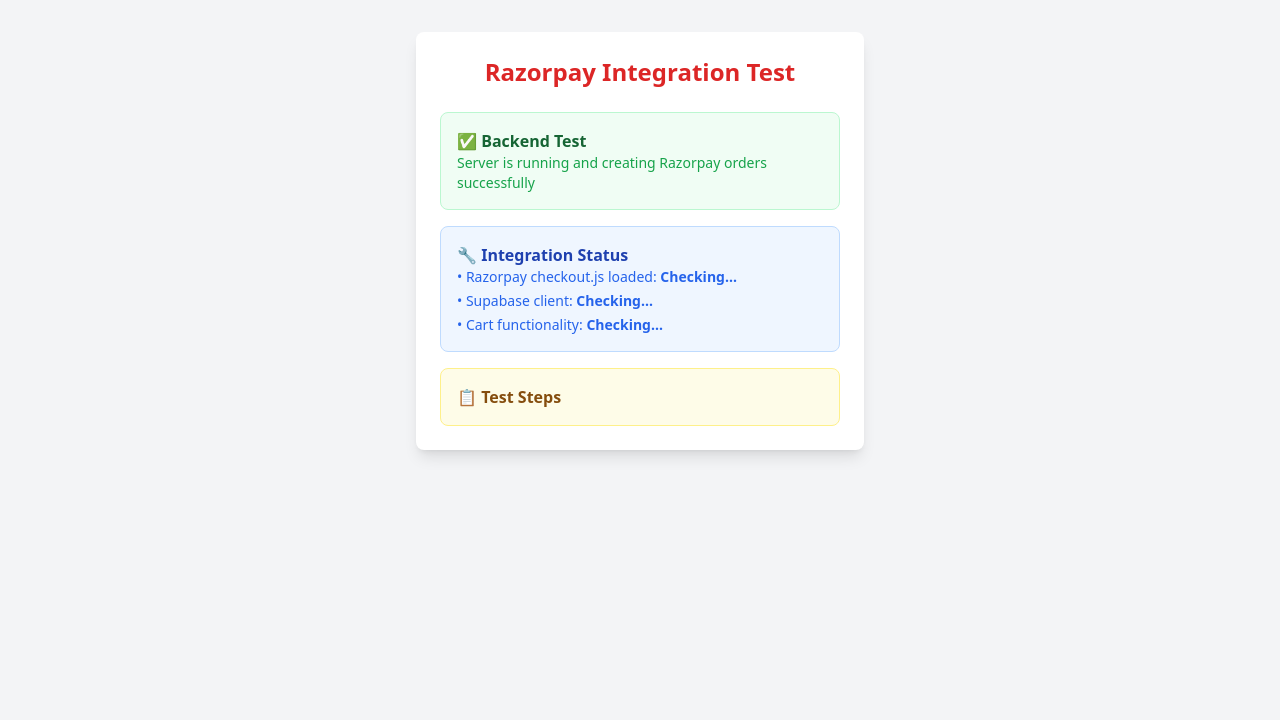
Repository: roydigital/dcb_pos_final
Page: test-razorpay-flow.html
These files come from the project's save history. The page is drawn as it stood at one moment and after a run of saves; the edit follows.
The browser window is 1280 px wide. The pictures show the whole page.
Some web libraries are served in a nearby version.

Above is the page before, as saved 2025-10-16 16:23:13.

After the next 2 saves:
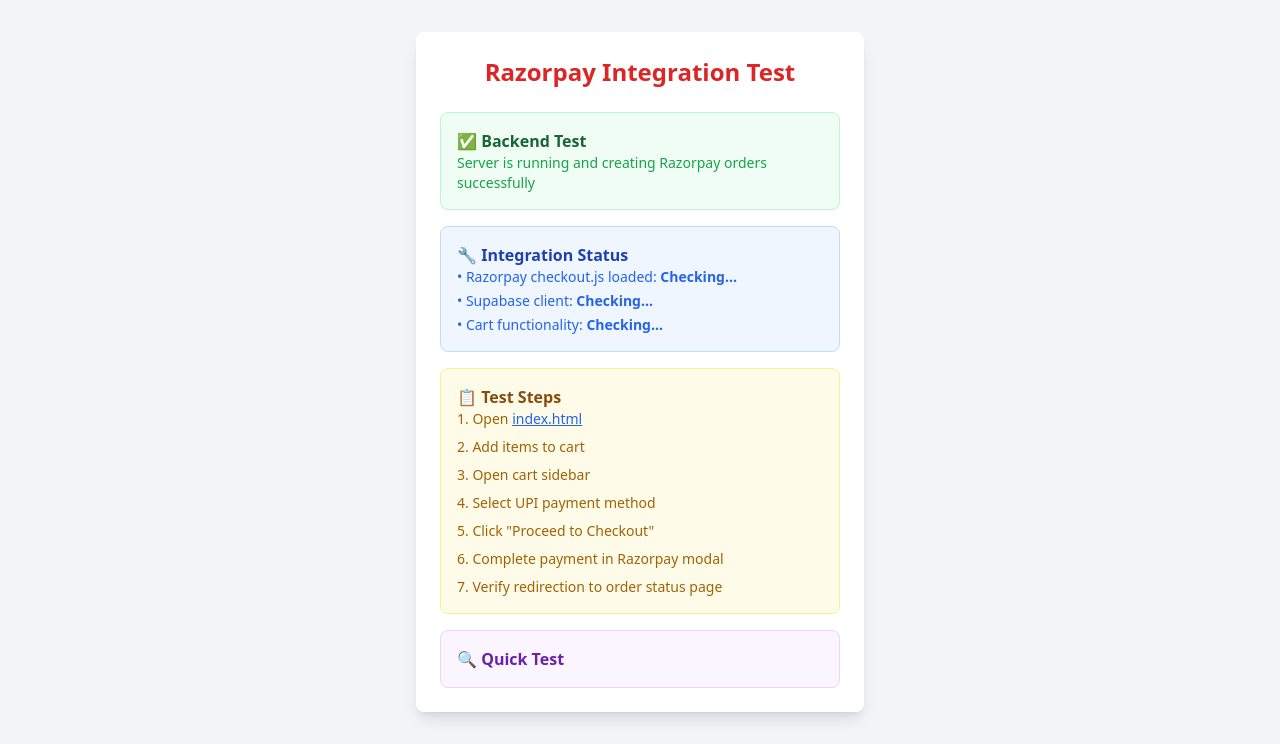
The 2 saves are shown as one change because they came seconds apart.
The last was saved 8 s later.
--- a/test-razorpay-flow.html
+++ b/test-razorpay-flow.html
@@ -28,3 +28,15 @@
             <div class="bg-yellow-50 border border-yellow-200 rounded-lg p-4">
                 <h3 class="font-semibold text-yellow-800">📋 Test Steps</h3>
                 <ol class="text-sm text-yellow-700 space-y-2">
+                    <li>1. Open <a href="index.html" class="underline text-blue-600">index.html</a></li>
+                    <li>2. Add items to cart</li>
+                    <li>3. Open cart sidebar</li>
+                    <li>4. Select UPI payment method</li>
+                    <li>5. Click "Proceed to Checkout"</li>
+                    <li>6. Complete payment in Razorpay modal</li>
+                    <li>7. Verify redirection to order status page</li>
+                </ol>
+            </div>
+
+            <div class="bg-purple-50 border border-purple-200 rounded-lg p-4">
+                <h3 class="font-semibold text-purple-800">🔍 Quick Test</h3>
